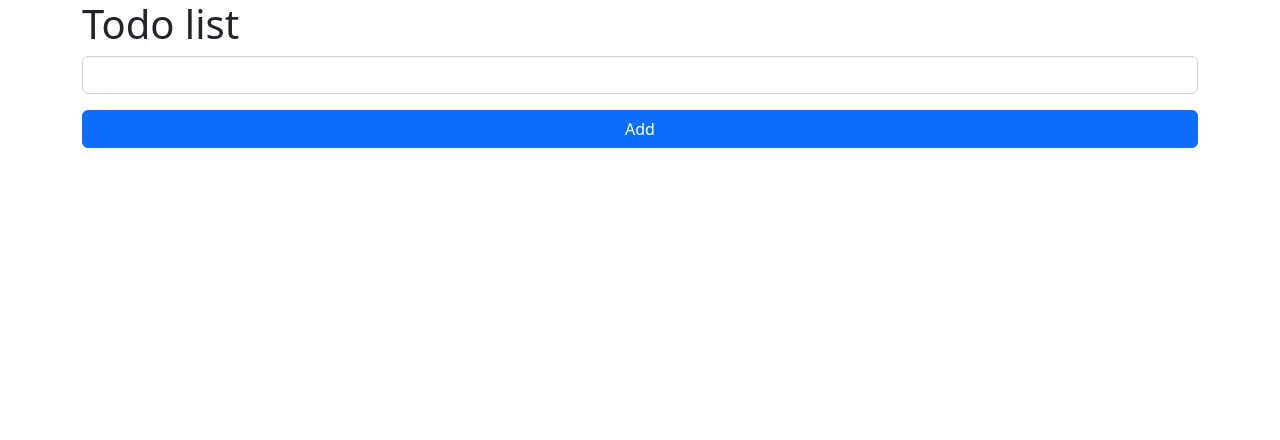
Repository: NPhanA/React2022
Page: / (app in Day 07-State and lifecycle/exercise/)
These files come from the project's save history. The page is drawn as it stood at one moment and after a run of saves; the edit follows.
The browser window is 1280 px wide. The pictures show the whole page.
Pictures or frames that could not be fetched are drawn as grey boxes. The project was rebuilt for these pictures with package versions that can differ from the ones it lists, and the page was loaded fresh each time. Also part of the build but not shown: Day 07-State and lifecycle/exercise/src/Components/AppState.js, Day 07-State and lifecycle/exercise/src/Components/FormComponents.js, Day 07-State and lifecycle/exercise/src/Components/BasicCalculator.js, Day 07-State and lifecycle/exercise/src/Components/Home.js.

Above is the page before, as saved 2022-08-01 18:22:20.

### Day 07-State and lifecycle/exercise/src/index.js
import React from 'react';
import ReactDOM from 'react-dom/client';
import './index.css';
import { createRoot } from 'react-dom/client';
import AppState from './Components/AppState';
import 'bootstrap/dist/css/bootstrap.min.css';
import 'bootstrap/dist/js/bootstrap.min.js';
import Calculator from './Components/BasicCalculator';
import LogIn from './Components/LogInForm';
import ToDo from './Components/ToDo';
const container = document.getElementById('root');
const root = createRoot(container);
root.render(<ToDo />);

### Day 07-State and lifecycle/exercise/src/Components/ToDo.js
import { Component } from "react";
class ToDo extends Component {
    constructor(props) {
        super(props);
        this.state = {
            todo: [
                { title: "Learn JavaScript", date: "HI", content: "12" },
            ]
        }
    }
    getInputValue = (evt) => {
        const userValue = evt.target.value;
        console.log(userValue);
    }
    render() {
        return (
            <div className="container">
                <div className="row">
                    <div className="col-xxl-4"></div>
                    <div className="col-xxl-4">
                        <h1>
                            Todo list
                        </h1>
                        <input type="text" className="form-control mb-3" id="input-todo" onChange={this.getInputValue} ></input>
                        <button className="btn btn-primary w-100" role="button" type="submit" data-bs-toggle="modal" data-bs-target="#exampleModalLabel">Add</button>
                    </div>
                    <div className="col-xxl-4"></div>
                </div>

                <div className="modal" tabIndex="-1" id="exampleModalLabel">
                    <div className="modal-dialog">
                        <div className="modal-content">
                            <div className="modal-header">
                                <h5 className="modal-title">{this.state.todo[0].title}</h5>
                                <button type="button" className="btn-close" data-bs-dismiss="modal" aria-label="Close" ></button>
                            </div>
                            <div className="modal-body">
                                <input type="text" className="form-control mb-3" placeholder="Date"></input>
                                <input type="text" className="form-control mb-3" placeholder="Content"></input>
                            </div>
                            <div className="modal-footer">
                                <button type="button" className="btn btn-secondary" data-bs-dismiss="modal">Close</button>
                                <button type="button" className="btn btn-primary" data-bs-dismiss="modal">Save changes</button>
                            </div>
                        </div>
                    </div>
                </div>



            </div>
        )
    }
}
export default ToDo;

### Day 07-State and lifecycle/exercise/src/Components/LogInForm.js
import { Component } from "react";
import Home from "../Components/Home";


class LogIn extends Component {

    constructor(props) {
        super(props);
        this.state = {
            form: { email: "", password: "", isRemember: false },
            isValid: false,
            isLoggedIn: false
        }
    }

    handleChange = (event) => {
        this.setState((state) => {
            const { form } = state
            form[event.target.name] = event.target.value
            return { form }
        }, () => this.checkValidForm())
    }

    handleChangeCheckbox = () => {
        this.setState((state) => {
            const { form } = state
            form.isRemember = !form.isRemember
            return { form }
        }, () => this.checkValidForm())
    }

    checkValidForm = () => {
        const { email, password } = this.state.form
        const value = email && password
        this.setState({ isValid: value })
    }

    handleSubmit = () => {
        if (this.state.isValid) {
            this.setState({ isLoggedIn: true })
        }
    }

    handleLogOut = () => {
        this.setState({ isLoggedIn: false })
    }

    render() {
        const { isLoggedIn, form } = this.state
        if (isLoggedIn) return (<Home onLogOut={this.handleLogOut} />)
        return (
            <div className="container d-flex align-items-center text-center">
                <div className="form-signin">
                    <form>
                        <img className="mb-4" src="https://upload.wikimedia.org/wikipedia/commons/thumb/b/b2/Bootstrap_logo.svg/2560px-Bootstrap_logo.svg.png" alt="" style={{ width:"72px",height:"57px"}}  />
                        <h1 className="h3 mb-3 fw-normal">Please sign in</h1>
                        <div className="form-floating">
                            <input className="form-control email" type="email" name="email" placeholder="name@example.com" value={form.email} onChange={this.handleChange} />
                            <label>Email address</label>
                        </div>
                        <div className="form-floating">
                            <input className="form-control password" type="password" name="password" placeholder="Password" value={form.password} onChange={this.handleChange} />
                            <label>Password</label>
                        </div>
                        <div className="checkbox mb-3">
                            <label>
                                <input type="checkbox" value={form.isRemember} onChange={this.handleChangeCheckbox} /> Remember me
                            </label>
                        </div>
                        <button className="w-100 btn btn-lg btn-primary" type="button" onClick={this.handleSubmit} >Sign in</button>
                        <p className="mt-5 mb-3 text-muted">© 2017–2021</p>
                    </form>
                </div>
            </div>
        )
    }
}

export default LogIn;

Loaded but not shown: Day 07-State and lifecycle/exercise/public/index.html (common file); Day 07-State and lifecycle/exercise/src/index.css (common file)

After the next 2 saves:
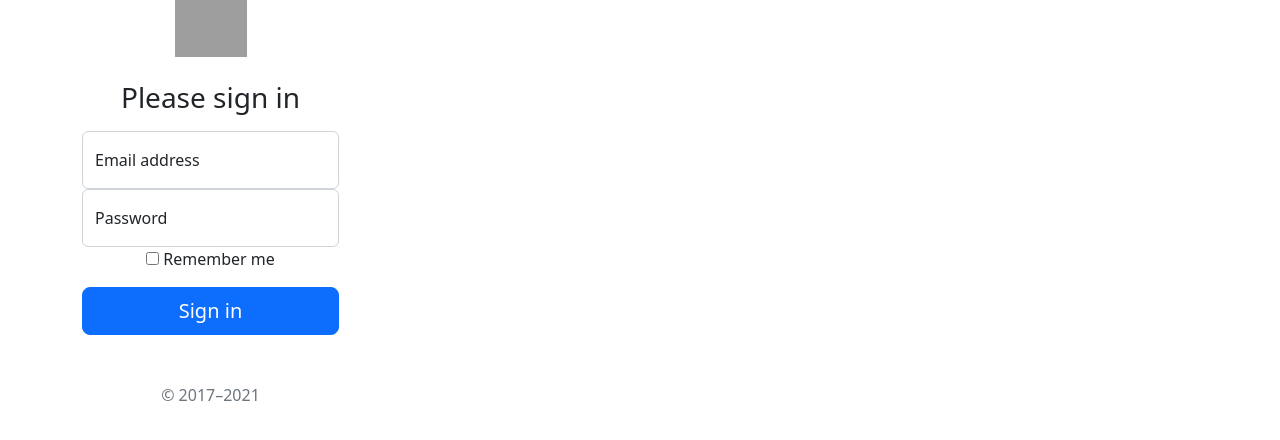
The 2 saves are shown as one change because 1 did not build or start.
The last was saved 37 s later.
--- a/Day 07-State and lifecycle/exercise/src/index.js
+++ b/Day 07-State and lifecycle/exercise/src/index.js
@@ -10,4 +10,4 @@ import LogIn from './Components/LogInForm';
 import ToDo from './Components/ToDo';
 const container = document.getElementById('root');
 const root = createRoot(container);
-root.render(<ToDo />);
+root.render(<LogIn />);
